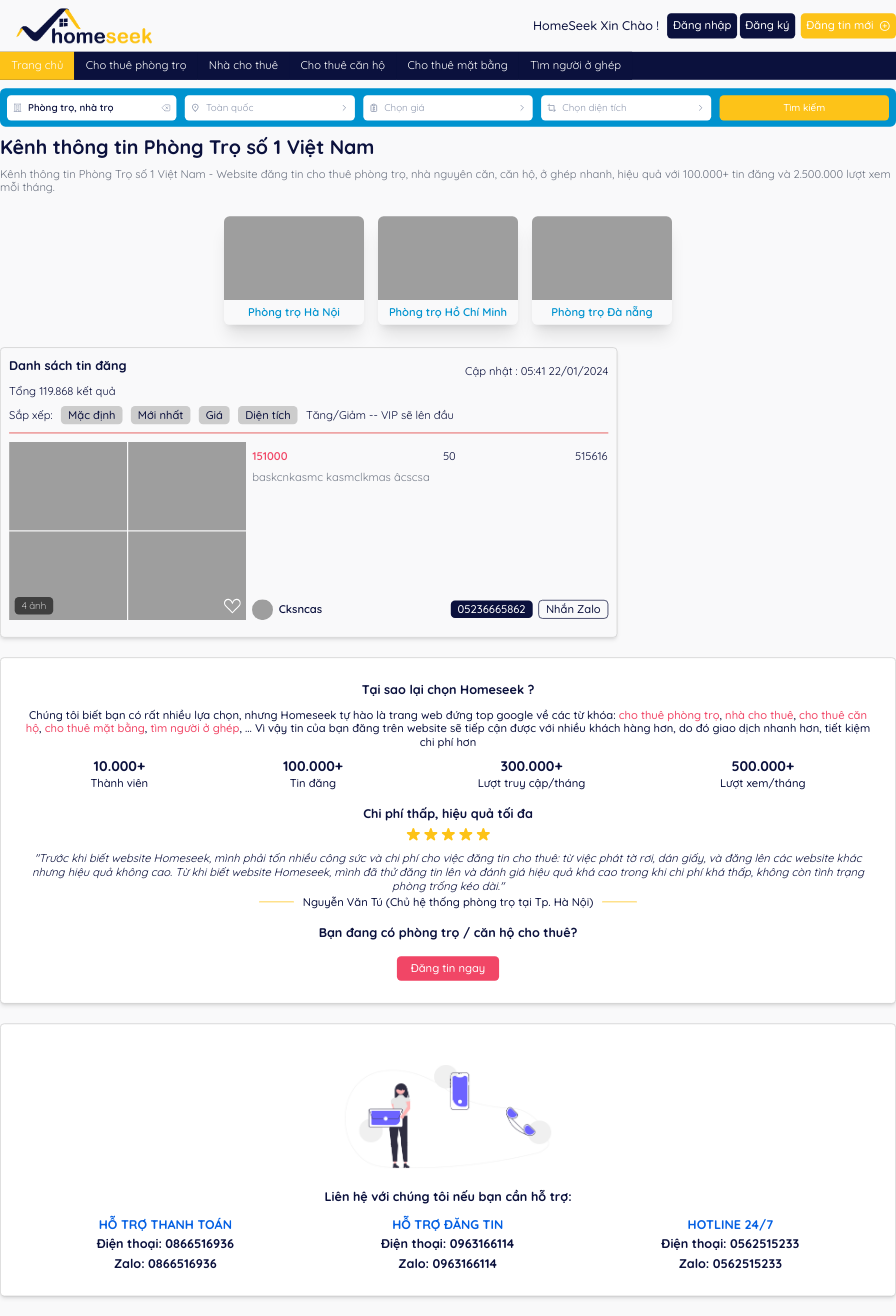
Repository: ajincome26/homeseek
Page: / (app in client/)
These files come from the project's save history. The page is drawn as it stood at one moment and after the next save; the edit follows.
The browser window is 1280 px wide. The pictures show the whole page, at 70% of full size.
Pictures or frames that could not be fetched are drawn as grey boxes. The page's requests for data from a server got no answer. The project was rebuilt for these pictures with package versions that can differ from the ones it lists, and the page was loaded fresh each time. Some packages were replaced by stand-ins written for this rebuild. No one was signed in, and anything a server would have sent is missing. Also part of the build but not shown: client/vite.config.ts, client/src/utils/utils.tsx, client/src/components/MainHeader/components/User.tsx, client/src/components/Popover/Popover.tsx, client/src/components/Sidebar/Sidebar.tsx, client/src/components/Sidebar/index.ts, client/src/components/SubNavigation/SubNavigation.tsx, client/src/components/SubNavigation/index.ts and 33 more.

Above is the page before, as saved 2024-01-23 06:49:09.

### client/index.html
<!doctype html>
<html lang="en">
  <head>
    <meta charset="UTF-8" />
    <link rel="icon" type="image/svg+xml" href="/vite.svg" />
    <meta name="viewport" content="width=device-width, initial-scale=1.0" />
    <title>Home Seek</title>
    <link rel="preconnect" href="https://fonts.googleapis.com" />
    <link rel="preconnect" href="https://fonts.gstatic.com" crossorigin />
    <link
      href="https://fonts.googleapis.com/css2?family=Quicksand:wght@300;400;500;600;700&display=swap"
      rel="stylesheet"
    />
  </head>
  <body>
    <div id="root"></div>
    <script type="module" src="/src/main.tsx"></script>
  </body>
</html>

### client/src/main.tsx
import ReactDOM from 'react-dom/client'
import App from './App'
import './styles/index.scss'
import { BrowserRouter } from 'react-router-dom'
import { QueryClient, QueryClientProvider } from '@tanstack/react-query'
import { ReactQueryDevtools } from '@tanstack/react-query-devtools'
import { AuthProvider } from './contexts/auth.context'
import { ErrorBoundary } from './components/ErrorBoundary'

// Create a client
const queryClient = new QueryClient({
  defaultOptions: {
    queries: {
      refetchOnWindowFocus: false // disable việc fetch lại api khi focus tab window
    }
  }
})

ReactDOM.createRoot(document.getElementById('root')!).render(
  <BrowserRouter>
    <QueryClientProvider client={queryClient}>
      <AuthProvider>
        <ErrorBoundary>
          <App />
        </ErrorBoundary>
      </AuthProvider>
      <ReactQueryDevtools initialIsOpen={false} />
    </QueryClientProvider>
  </BrowserRouter>
)

### client/src/App.tsx
import { useEffect } from 'react'
import { useAuth } from './contexts/auth.context'
import useRoute from './useRoute'
import { LocalStorageEventTarget } from './utils/auth'
import { ToastContainer } from 'react-toastify'
import 'react-toastify/dist/ReactToastify.css'

function App() {
  const routeElements = useRoute()
  const { resetAuth } = useAuth()
  useEffect(() => {
    LocalStorageEventTarget.addEventListener('clearLS', () => {
      resetAuth()
    })
    return () => {
      LocalStorageEventTarget.removeEventListener('clearLS', () => {
        resetAuth()
      })
    }
  }, [resetAuth])
  return (
    <div className='bg-third'>
      <ToastContainer />
      <div>{routeElements}</div>
    </div>
  )
}

export default App

### client/src/styles/index.scss
@tailwind base;
@tailwind components;
@tailwind utilities;

@import 'reset';

body {
  font-family: 'Quicksand', sans-serif;
  font-size: 16px;
  line-height: 1.2;
}

select {
  -webkit-appearance: none;
  -moz-appearance: none;
  appearance: none;
}

::-webkit-scrollbar {
  width: 10px;
}
::-webkit-scrollbar-track {
  background-color: #fafafa;
}
::-webkit-scrollbar-thumb {
  background-color: #ccd0d7;
  border-radius: 50px;
}

/* Chrome, Safari, Edge, Opera */
input::-webkit-outer-spin-button,
input::-webkit-inner-spin-button {
  -webkit-appearance: none;
  margin: 0;
}
/* Firefox */
input[type='number'] {
  appearance: textfield;
}

.cr-truncate-1 {
  overflow: hidden;
  display: -webkit-box;
  -webkit-box-orient: vertical;
  -webkit-line-clamp: 1;
  text-overflow: ellipsis;
  word-break: break-word;
}

@layer utilities {
  /* Hide scrollbar for Chrome, Safari and Opera */
  .no-scrollbar::-webkit-scrollbar {
    display: none;
  }
  /* Hide scrollbar for IE, Edge and Firefox */
  .no-scrollbar {
    -ms-overflow-style: none; /* IE and Edge */
    scrollbar-width: none; /* Firefox */
  }
}

// class tailwind-sort
.cr-transition {
  @apply transition-all ease-linear duration-200;
}
.cr-hover-text {
  @apply hover:text-[#977616] transition-colors ease-linear duration-200 cursor-pointer;
}
.cr-input-text {
  @apply px-3 py-2 border-[2px] border-[#a0c7d6] outline-none rounded-md focus:border-[#4b5fc2] cr-transition box-border w-full;
}
.cr-hover-images {
  @apply relative after:absolute after:w-full after:h-full after:top-0 after:left-0 hover:after:bg-gray-900 hover:after:bg-opacity-30 after:transition-all after:ease-linear after:duration-300;
}

### client/src/contexts/auth.context.tsx
import React, { createContext, useContext, useState } from 'react'
import { User } from '~/types/user.type'
import { getAccessToken, getUserInfoFromStorage } from '~/utils/auth'

interface AuthProviderType {
  isLoggedIn: boolean
  setIsLoggedIn: React.Dispatch<React.SetStateAction<boolean>>
  userInfo: User | null
  setUserInfo: React.Dispatch<React.SetStateAction<User | null>>
  resetAuth: () => void
}
const initialContext: AuthProviderType = {
  isLoggedIn: Boolean(getAccessToken()),
  setIsLoggedIn: () => null,
  userInfo: getUserInfoFromStorage(),
  setUserInfo: () => null,
  resetAuth: () => null
}

const AuthContext = createContext<AuthProviderType>(initialContext)
const useAuth = () => {
  const context = useContext(AuthContext)
  if (typeof context === 'undefined') throw new Error('useAuth must be used within a AuthContext')
  return context
}
const AuthProvider = ({ children }: { children: React.ReactNode }) => {
  const [isLoggedIn, setIsLoggedIn] = useState(initialContext.isLoggedIn)
  const [userInfo, setUserInfo] = useState(initialContext.userInfo)
  const resetAuth = () => {
    setIsLoggedIn(false)
    setUserInfo(null)
  }
  return (
    <AuthContext.Provider value={{ isLoggedIn, setIsLoggedIn, userInfo, setUserInfo, resetAuth }}>
      {children}
    </AuthContext.Provider>
  )
}

// eslint-disable-next-line react-refresh/only-export-components
export { useAuth, AuthProvider }

### client/src/components/ErrorBoundary/index.ts
export { default as ErrorBoundary } from './ErrorBoundary'

### client/src/useRoute.tsx
import { useRoutes } from 'react-router-dom'
import { path } from './constants/path'
import { MainLayout } from './layouts/MainLayout'
import ManageLayout from './layouts/ManageLayout/ManageLayout'
import { CreatePost } from './pages/CreatePostPage'
import { HomePage } from './pages/HomePage'
import { LoginPage } from './pages/LoginPage'
import { RegisterPage } from './pages/RegisterPage'
import { ResetPassword } from './pages/ResetPassword'
import { VerifyEmail } from './pages/VerifyEmailPage'
import { VerifyForgotPasswordToken } from './pages/VerifyForgotPasswordPage'

const { HOME, LOGIN, REGISTER, OAUTH, CREATE, VERIFY_EMAIL, FORGOT_PASSWORD, RESET_PASSWORD } = path

const useRoute = () => {
  return useRoutes([
    {
      path: LOGIN,
      element: <LoginPage />
    },
    {
      path: REGISTER,
      element: <RegisterPage />
    },
    {
      path: OAUTH,
      element: <LoginPage />
    },
    {
      path: OAUTH,
      element: <RegisterPage />
    },
    {
      path: VERIFY_EMAIL,
      element: <VerifyEmail />
    },
    {
      path: FORGOT_PASSWORD,
      element: <VerifyForgotPasswordToken />
    },
    {
      path: RESET_PASSWORD,
      element: <ResetPassword />
    },
    // Authen không ảnh hưởng
    {
      element: <ManageLayout />,
      children: [
        {
          index: true,
          path: CREATE,
          element: <CreatePost />
        }
      ]
    },
    {
      element: <MainLayout />,
      children: [
        {
          index: true,
          path: HOME,
          element: <HomePage />
        }
      ]
    }
  ])
}

export default useRoute

### client/src/utils/auth.ts
import { User } from '~/types/user.type'

export const LocalStorageEventTarget = new EventTarget()

export const getAccessToken = () => localStorage.getItem('accessToken') || ''
export const getRefreshToken = () => localStorage.getItem('refreshToken') || ''
export const setAccessToken = (accessToken: string) => localStorage.setItem('accessToken', accessToken)
export const setRefreshToken = (refreshToken: string) => localStorage.setItem('refreshToken', refreshToken)
export const getUserInfoFromStorage = () => {
  const info = localStorage.getItem('userInfo')
  return info ? JSON.parse(info) : null
}
export const setUserInfoToStorage = (userInfo: User) => localStorage.setItem('userInfo', JSON.stringify(userInfo))

export const clearLocalStorage = () => {
  localStorage.removeItem('accessToken')
  localStorage.removeItem('refreshToken')
  localStorage.removeItem('userInfo')
  const clearLSEvent = new Event('clearLS')
  LocalStorageEventTarget.dispatchEvent(clearLSEvent)
}

### client/src/styles/_reset.scss
*,
*::before,
*::after {
  box-sizing: border-box;
}
* {
  margin: 0;
  padding: 0;
}

html,
body {
  height: 100%;
}
body {
  line-height: 1.5;
  -webkit-font-smoothing: antialiased;
  -webkit-tap-highlight-color: rgba(0, 0, 0, 0);
}
a {
  text-decoration: none;
  color: inherit;
}
img,
picture,
video,
canvas,
svg {
  display: block;
  // max-width: 100%;
}
input,
button,
textarea,
select {
  font: inherit;
  outline: none;
}
option:checked {
  background-color: #0891b2;
  color: white;
  font-style: italic;
}
p,
h1,
h2,
h3,
h4,
h5,
h6 {
  overflow-wrap: break-word;
}

### client/src/constants/path.ts
export const path = {
  HOME: '/',
  LOGIN: '/login',
  OAUTH: '/login/oauth',
  REGISTER: '/register',
  LOGOUT: '/logout',

  VERIFY_EMAIL: '/email-verifications',
  FORGOT_PASSWORD: '/forgot-password',
  RESET_PASSWORD: '/reset-password',

  ROOM_FOR_RENT: '/room-for-rent',
  HOUSE_FOR_RENT: '/house-for-rent',
  APARTMENT_FOR_RENT: '/apartment-for-rent',
  GROUND_FOR_RENT: '/ground-for-rent',
  FIND_A_ROOMATE: '/find-a-roomate',

  UNDER_ONE_MILLION: '/under-one-million',
  FROM_ONE_TO_TWO_MILLION: '/from-one-to-two-million',
  FROM_TWO_TO_THREE_MILLION: '/from-two-to-three-million',
  FROM_THREE_TO_FIVE_MILLION: '/from-three-to-five-million',
  FROM_FIVE_TO_SEVEN_MILLION: '/from-five-to-seven-million',
  FROM_SEVEN_TO_TEN_MILLION: '/from-seven-to-ten-million',
  FROM_TEN_TO_FIFTEEN_MILLION: '/from-ten-to-fifteen-million',
  OVER_FIFTEEN_MILLION: '/over-fifteen-million',

  UNDER_TWENTY_M2: '/under-twenty-m2',
  FROM_TWENTY_TO_THIRTY_M2: '/from-twenty-to-thirty-m2',
  FROM_THIRTY_TO_FIFTY_M2: '/from-thirty-to-fifty-m2',
  FROM_FIFTY_TO_SEVENTY_M2: '/from-fifty-to-seventy-m2',
  FROM_SEVENTY_TO_NINETY_M2: '/from-seventy-to-ninety-m2',
  OVER_NINETY_M2: '/over-ninety-m2',

  SEARCH: '/search',

  CREATE: '/create',
  MANAGE: '/manage',
  PROFILE: '/user/profile',
  CHANGE_PASSWORD: '/user/change-password',

  UPLOAD_IMAGE: '/upload-image',

  CONTACT: '/contact',

  NOT_FOUND: '*'
}

### client/src/layouts/MainLayout/index.ts
export { default as MainLayout } from './MainLayout'

### client/src/pages/CreatePostPage/index.ts
export { default as CreatePost } from './CreatePost'

### client/src/pages/HomePage/index.ts
export { default as HomePage } from './HomePage'

### client/src/pages/LoginPage/index.ts
export { default as LoginPage } from './LoginPage'

### client/src/pages/RegisterPage/index.ts
export { default as RegisterPage } from './RegisterPage'

### client/src/pages/ResetPassword/index.ts
export { default as ResetPassword } from './ResetPassword'

### client/src/pages/VerifyEmailPage/index.ts
export { default as VerifyEmail } from './VerifyEmail'

### client/src/pages/VerifyForgotPasswordPage/index.ts
export { default as VerifyForgotPasswordToken } from './VerifyForgotPasswordToken'

### client/src/layouts/MainLayout/MainLayout.tsx
import { Outlet } from 'react-router-dom'
import Footer from '~/components/Footer/Footer'
import { Intro } from '~/components/Intro'
import { MainHeader } from '~/components/MainHeader'
import { Navigation } from '~/components/Navigation'

const MainLayout = () => {
  return (
    <>
      <MainHeader />
      <Navigation />
      <Outlet />
      <Intro />
      <div className='pb-7'>
        <Footer />
      </div>
    </>
  )
}

export default MainLayout

### client/src/pages/HomePage/HomePage.tsx
import { textHomeHeader } from '~/constants/data'
import List from './components/List'
import Provinces from './components/Provinces'
import Search from './components/Search'

const HomePage = () => {
  return (
    <div className='container flex flex-col w-full h-full gap-3'>
      <Search />
      <h1 className='text-primary text-[28px] font-bold'>{textHomeHeader.HOME_TITLE}</h1>
      <p className='text-gray-500'>{textHomeHeader.HOME_DESCRIPTION}</p>

      <div className='flex justify-center gap-5 py-5'>
        <Provinces />
      </div>

      <div className='flex w-full gap-5'>
        <div className='w-[70%]'>
          <List />
          {/* <Pagination /> */}
        </div>
        <div className='w-[30%] flex flex-col gap-5'>
          {/* <SidebarItem title='Danh mục cho thuê' content={categories} />
          <SidebarItem title='Xem theo giá' type='priceCode' content={prices} col />
          <SidebarItem title='Xem theo diện tích' type='areaCode' content={areas} col squareMeter />
          <RelatedPost /> */}
        </div>
      </div>
    </div>
  )
}

export default HomePage

### client/src/components/Footer/Footer.tsx
import { Link } from 'react-router-dom'
import { textContact } from '~/constants/data'
import contact from '../../assets/contact.png'

const Footer = () => {
  return (
    <div className='container border border-[#ccc] bg-white mt-7 p-8 text-center text-primary rounded-md shadow-md'>
      <div className='w-full h-[200px]'>
        <img src={contact} alt='thumbnal' className='object-contain w-full h-full' />
      </div>
      <h2 className='mb-3 text-lg font-bold'>{textContact.title}</h2>
      <div className='flex items-center justify-around'>
        {textContact.contact.map((item, index) => (
          <div key={index} className='flex flex-col'>
            <span className='uppercase text-lg font-bold text-[#0460e3]'>{item.title}</span>
            <Link
              to={'/'}
              className='text-lg font-bold hover:text-[#977616] transition-colors ease-linear duration-300 cursor-pointer'
            >{`Điện thoại: ${item.phone}`}</Link>
            <Link
              to={'/'}
              className='text-lg font-bold hover:text-[#977616] transition-colors ease-linear duration-300 cursor-pointer'
            >{`Zalo: ${item.zalo}`}</Link>
          </div>
        ))}
      </div>
    </div>
  )
}

export default Footer

### client/src/components/Intro/index.ts
export { default as Intro } from './Intro'

### client/src/components/MainHeader/index.ts
export { default as MainHeader } from './MainHeader'

### client/src/components/Navigation/index.ts
export { default as Navigation } from './Navigation'

### client/src/components/Button/index.ts
export { default as Button } from './Button'

### client/src/pages/HomePage/components/List.tsx
import { Button } from '~/components/Button'
import { PostItem } from '~/components/PostItem'

const List = () => {
  // useEffect(() => {
  //   const params = []
  //   for (let entry of searchParams.entries()) {
  //     params.push(entry)
  //   }
  //   let searchParamsObject = {}
  //   params.forEach((i) => {
  //     if (Object.keys(searchParamsObject)?.some((item) => item === i[0])) {
  //       searchParamsObject[i[0]] = [...searchParamsObject[i[0]], i[1]]
  //     } else searchParamsObject = { ...searchParamsObject, [i[0]]: [i[1]] }
  //   })
  //   if (categoryCode) searchParamsObject.categoryCode = categoryCode
  //   dispatch(getPostsLimit(searchParamsObject))
  // }, [searchParams])
  return (
    <div className='border border-[#ccc] p-3 text-primary rounded-md shadow-md'>
      <div className='flex items-center justify-between'>
        <h1 className='mb-3 text-lg font-bold'>Danh sách tin đăng</h1>
        <span>Cập nhật : 05:41 22/01/2024</span>
      </div>
      <span>Tổng 119.868 kết quả</span>
      <div className='flex items-center gap-3 mt-3'>
        <span>Sắp xếp:</span>
        <Button className='text-primary bg-[#ccc] px-[10px] py-[3px]' hover>
          Mặc định
        </Button>
        <Button className='text-primary bg-[#ccc] px-[10px] py-[3px]' hover>
          Mới nhất
        </Button>
        <Button className='text-primary bg-[#ccc] px-[10px] py-[3px]' hover>
          Giá
        </Button>
        <Button className='text-primary bg-[#ccc] px-[10px] py-[3px]' hover>
          Diện tích
        </Button>
        Tăng/Giảm -- VIP sẽ lên đầu
      </div>
      <div className='posts'>
        {/* {posts?.length > 0 &&
          posts.map(() => {
            return <PostItem />
          })} */}
        <PostItem />
      </div>
    </div>
  )
}

export default List

### client/src/pages/HomePage/components/Provinces.tsx
import { textLocation } from '~/constants/data'

const Provinces = () => {
  return (
    <div className='flex gap-5'>
      {textLocation.map((item) => (
        <div
          className='cursor-pointer shadow-xl rounded-lg overflow-hidden hover:bg-[#ccc] transition-all ease-linear duration-300'
          key={item.id}
        >
          <div className='w-[200px] h-[120px]'>
            <img src={item.image} alt={item.name} className='object-cover w-full h-full' />
          </div>
          <div className='py-2 font-semibold text-center text-fourth'>{item.name}</div>
        </div>
      ))}
    </div>
  )
}

export default Provinces

### client/src/apis/auth.api.ts
import { AuthResponse } from '~/types/auth.type'
import instance from '~/utils/instance'
import { path } from '~/constants/path'
import { apiGetPublicProvinces } from '~/utils/utils'
import { Province } from '~/types/province.type'

const authApi = {
  register: (body: { name: string; email: string; phone_number: string; password: string; confirm_password: string }) =>
    instance.post<AuthResponse>(`users${path.REGISTER}`, body),
  login: (body: { email: string; password: string }) => instance.post<AuthResponse>(`users${path.LOGIN}`, body),
  logout: (body: { refresh_token: string }) => instance.post<AuthResponse>(`users${path.LOGOUT}`, body),
  resetPassword: (body: { forgot_password_token: string; password: string; confirm_password: string }) =>
    instance.post(`users${path.RESET_PASSWORD}`, body),

  getProvinces: () => apiGetPublicProvinces.get<Province[]>('/')
}

export default authApi

### client/src/components/Navigation/Navigation.tsx
import { NavLink } from 'react-router-dom'
import { categories } from '~/constants/data'

const notActive = 'hover:bg-secondary px-4 h-full flex items-center bg-primary transition-all ease-linear duration-300'
const active = 'hover:bg-secondary px-4 h-full flex items-center bg-secondary'
const Navigation = () => {
  return (
    <div className='w-full text-white h-[40px] bg-primary flex justify-center items-center'>
      <div className='container flex items-center h-full'>
        <NavLink to={'/'} className={({ isActive }) => (isActive ? active : notActive)}>
          Trang chủ
        </NavLink>
        {categories?.length > 0 &&
          categories.map((item, index) => {
            return (
              <div key={index} className='h-full'>
                <NavLink to={item.path} className={({ isActive }) => (isActive ? active : notActive)}>
                  {item.name}
                </NavLink>
              </div>
            )
          })}
      </div>
    </div>
  )
}

export default Navigation

### client/src/apis/province.api.ts
import { Province } from '~/types/province.type'
import { apiGetPublicProvinces } from '~/utils/utils'

const provinceApi = {
  getProvinces: () => apiGetPublicProvinces.get<Province[]>('/')
}

export default provinceApi

### client/src/components/PostItem/index.ts
export { default as PostItem } from './PostItem'

### client/src/components/SearchItem/index.ts
export { default as SearchItem } from './SearchItem'

### client/src/components/Popover/index.ts
export { default as Popover } from './Popover'

### client/src/components/SearchItem/SearchItem.tsx
import { IconType } from 'react-icons/lib'

export interface SearchItemProps {
  children?: React.ReactNode
  text?: string
  bgColor?: string
  IcBefore?: IconType
  IcAfter?: IconType
  justifyCenter?: boolean
  defaultText?: string
}

const SearchItem = ({ children, text, bgColor, IcBefore, IcAfter, justifyCenter, defaultText }: SearchItemProps) => {
  return (
    <div
      className={`${bgColor || 'bg-white'} p-2 rounded-md text-[#909ab0] text-sm ${
        text && 'font-semibold'
      } w-full flex items-center ${
        justifyCenter ? 'justify-center' : ''
      } gap-2 cursor-pointer relative hover:opacity-90 transition-all duration-300`}
    >
      {IcBefore && <IcBefore />}
      <span className={`cr-truncate-1 ${text ? 'text-primary' : 'text-[#909ab0]'}`}>{text || defaultText}</span>
      {IcAfter && <IcAfter className='absolute right-2'></IcAfter>}
      {children}
    </div>
  )
}

export default SearchItem

Loaded but not shown: client/tailwind.config.js (35 lines, source omitted); client/src/pages/HomePage/components/Search.tsx (148 lines, source omitted); client/src/constants/data.tsx (189 lines, source omitted); client/src/components/PostItem/PostItem.tsx (94 lines, source omitted); client/src/components/MainHeader/MainHeader.tsx (108 lines, source omitted); client/src/components/Intro/Intro.tsx (61 lines, source omitted); client/src/utils/icons.ts (91 lines, source omitted); client/src/utils/instance.ts (67 lines, source omitted); client/src/components/Button/Button.tsx (52 lines, source omitted)

After the next save:
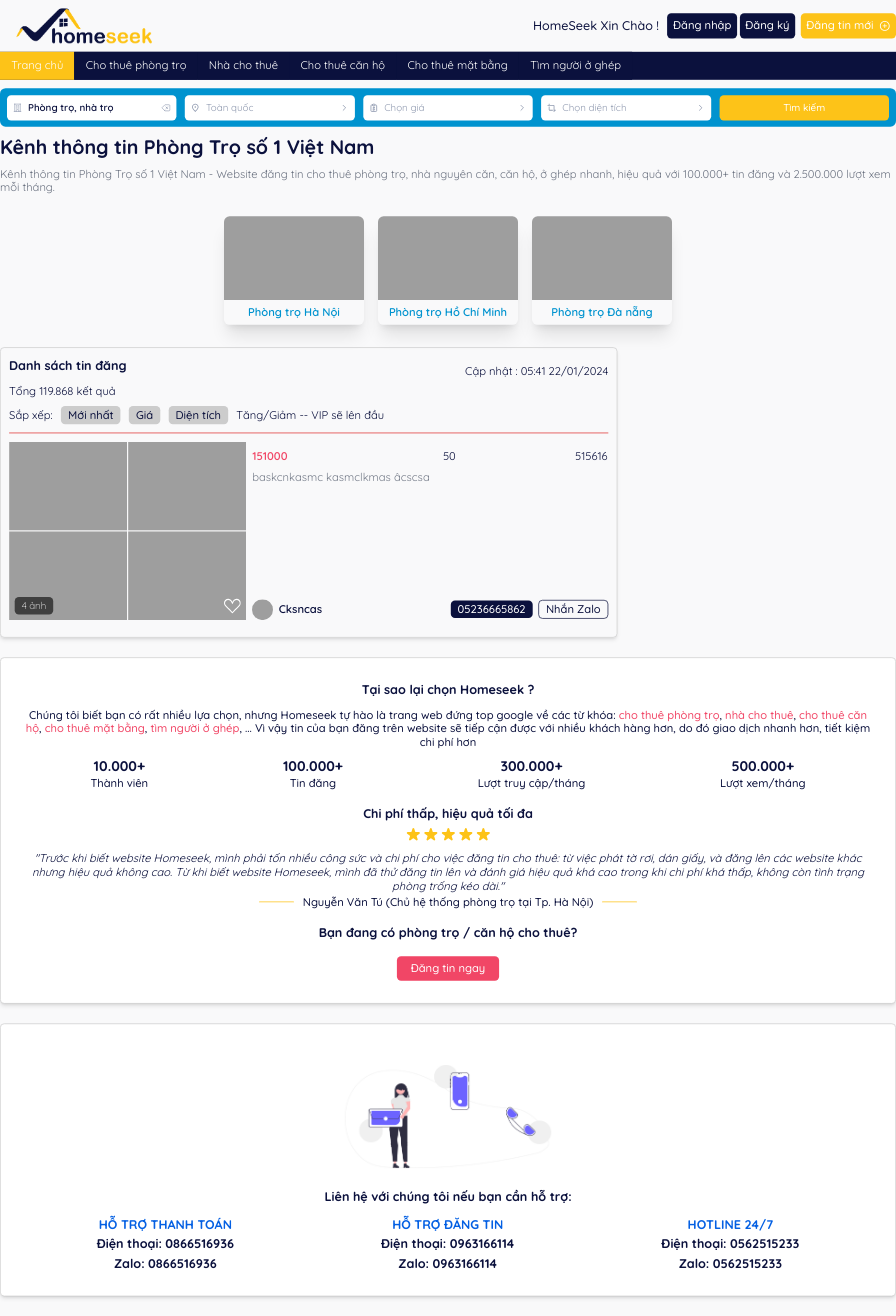
Saved 7 min 16 s later.
--- a/client/src/pages/HomePage/components/List.tsx
+++ b/client/src/pages/HomePage/components/List.tsx
@@ -26,9 +26,6 @@
       <div className='flex items-center gap-3 mt-3'>
         <span>Sắp xếp:</span>
         <Button className='text-primary bg-[#ccc] px-[10px] py-[3px]' hover>
-          Mặc định
-        </Button>
-        <Button className='text-primary bg-[#ccc] px-[10px] py-[3px]' hover>
           Mới nhất
         </Button>
         <Button className='text-primary bg-[#ccc] px-[10px] py-[3px]' hover>
